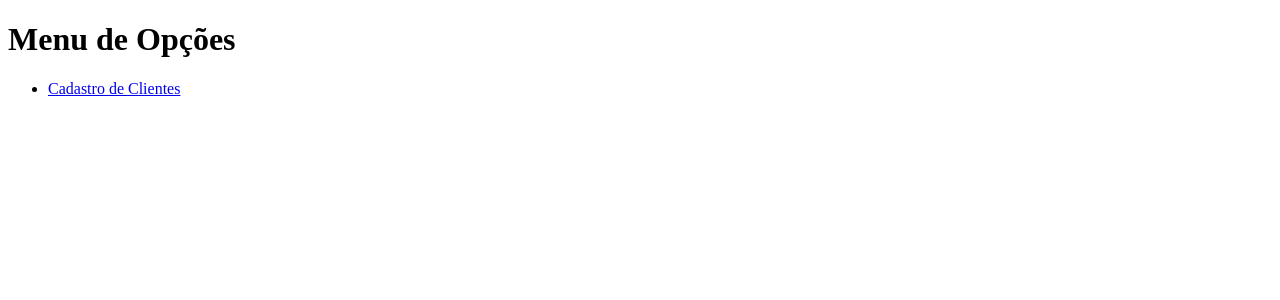
Repository: kelvincarvalho/Desenvolvimento_Java
Page: http://localhost/02_VendasJPA/
These files come from the project's save history. The page is drawn as it stood at one moment and after the next save; the edit follows.
The browser window is 1280 px wide. The pictures show the whole page.
The page is served by Tomcat 9.

Above is the page before, as saved 2017-09-26 19:41:12.

After the next save:
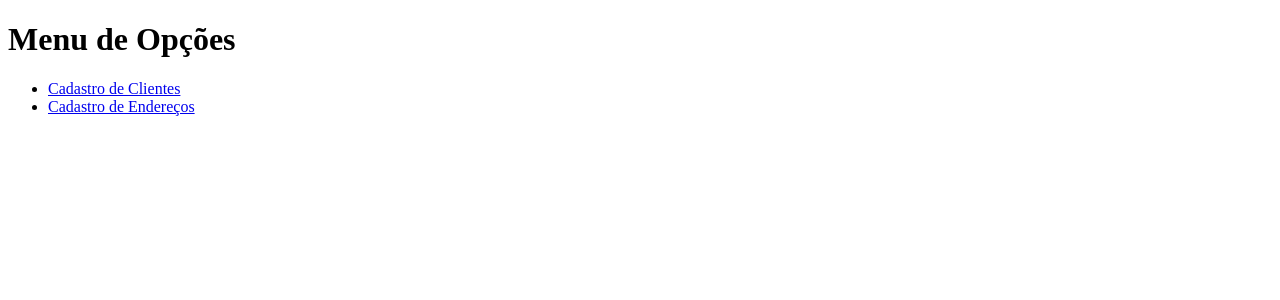
Saved 18 min 42 s later.
--- a/Modulo03/02_VendasJPA/WebContent/index.jsp
+++ b/Modulo03/02_VendasJPA/WebContent/index.jsp
@@ -9,7 +9,7 @@
 	<h1>Menu de Opções</h1>
 	<ul>
 		<li><a href="cadClientes.jsp">Cadastro de Clientes</a></li>
-
+			<li><a href="cadClientes.jsp">Cadastro de Endereços</a></li>
 	</ul>
 
 </body>
